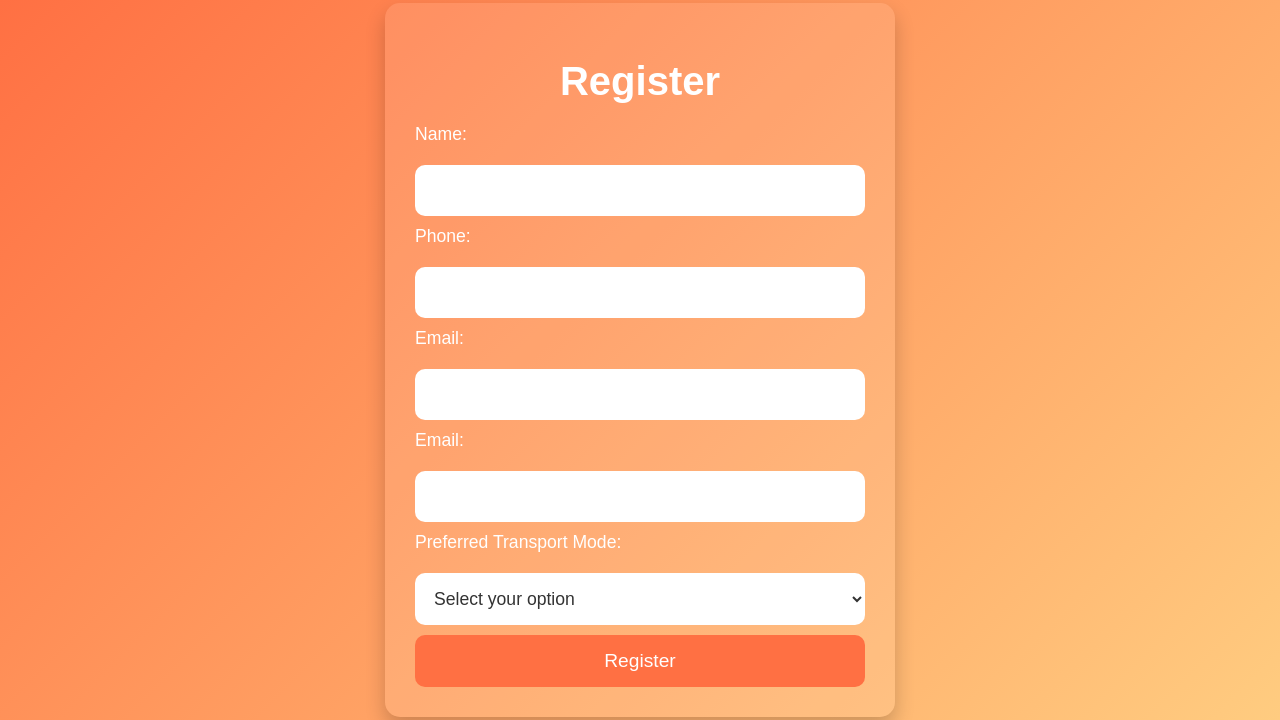
Repository: harutoNaiz/urban-mobility-system
Page: http://localhost/register
An editor plug-in stored every save of this project. The page is shown before and after a run of saves, followed by the edit.
The browser window is 1280 px wide. The pictures show the whole page.
The page is served by the project's application, run on Flask 3 (app.py).

Above is the page before, as saved 2024-11-13 09:27:49.

After the next 6 saves:
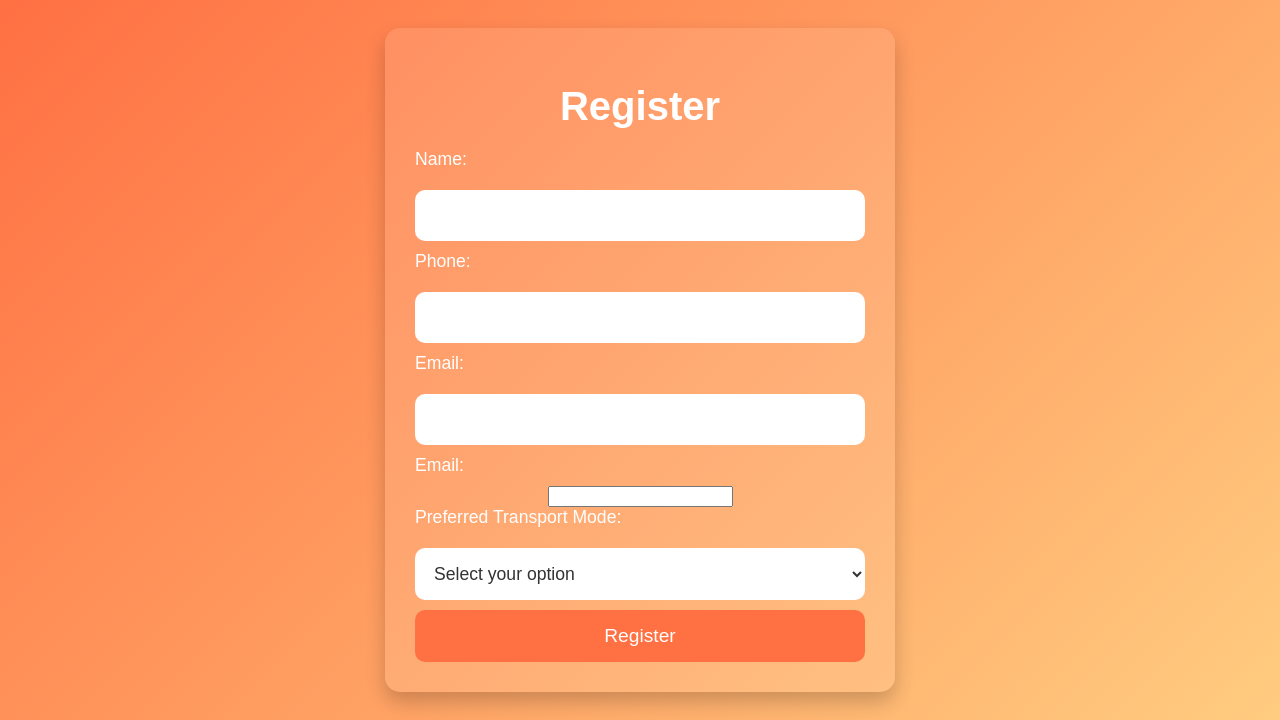
The 6 saves are shown as one change because they came seconds apart.
The last was saved 17 s later.
--- a/templates/register.html
+++ b/templates/register.html
@@ -109,8 +109,8 @@
             <label for="email">Email:</label>
             <input type="email" id="email" name="email" required><br>
 
-            <label for="email">Email:</label>
-            <input type="email" id="email" name="email" required><br>
+            <label for="password">Email:</label>
+            <input type="password" id="email" name="password" required><br>
 
             <label for="preferred_transport">Preferred Transport Mode:</label>
             <select id="preferred_transport" name="preferred_transport" required>
